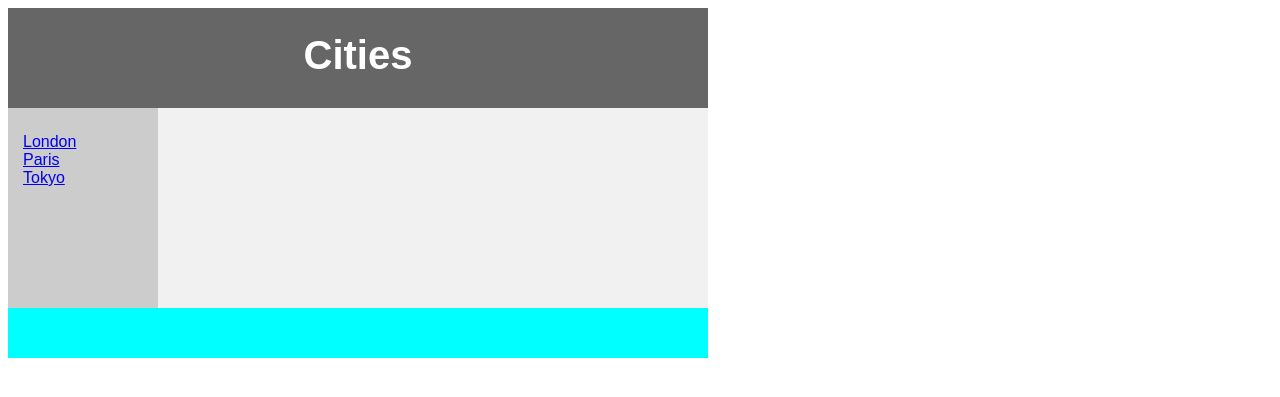
Repository: LongNguyen2504/T3H-FrondEnd
Page: Lesson3_CSS_HomeWork1.html
An editor plug-in stored every save of this project. The page is shown before and after the next save, followed by the edit.
The browser window is 1280 px wide. The pictures show the whole page.

Above is the page before, as saved 2021-12-01 18:00:46.

### Lesson3_CSS_HomeWork1.html
<!DOCTYPE html>
<html lang="en">
<head>
    <meta charset="UTF-8">
    <meta http-equiv="X-UA-Compatible" content="IE=edge">
    <meta name="viewport" content="width=device-width, initial-scale=1.0">
    <title>Document</title>
    <link rel="stylesheet" href="Lesson3_CSS_HomeWork1.css">
</head>
<body>
    <div class="ancestor-div" >
        <div class="city-div"  >
            <div class="div-text-city">Cities</div>
        </div>
        <div class="left-column">
            <div3 class="list">
                <li class="first-list"><a href="#1">London</a></li>
                <li class="first-list"><a href="#3">Paris</a></li>
                <li class="first-list"><a href="#2">Tokyo</a></li>
            </div3>
        </div>
        <div class="right-column">

        </div>
    </div>

</body>
</html>

### Lesson3_CSS_HomeWork1.css
div.ancestor-div{
    background-color: aqua;
    width: 700px; height: 350px;

    font-family: Arial, Helvetica, sans-serif;
}
div.city-div{
    background-color: #666666;

    /* height: 80px; */
    color: white;
    height: 100px;

}
div.div-text-city{
    text-align:  center;
    font-size: 40px;
    position: relative;
    top: 25px;
    font-weight: bold;
}
div.left-column{
    width: 150px;
    height: 200px;
    background-color: #cccccc;
    /* display: inline-block; */
}
li.first-list{
    position: relative;
    top: 25px;
    left: 15px;
    list-style-type: none;

}
div.right-column{
    /* display: inline-block; */
    /* margin-left: 25px ; */
    background-color: #f1f1f1 ;
    width: 550px;
    height: 200px;
    position: relative;
    left: 150px;
    bottom: 200px;
}

After the next save:
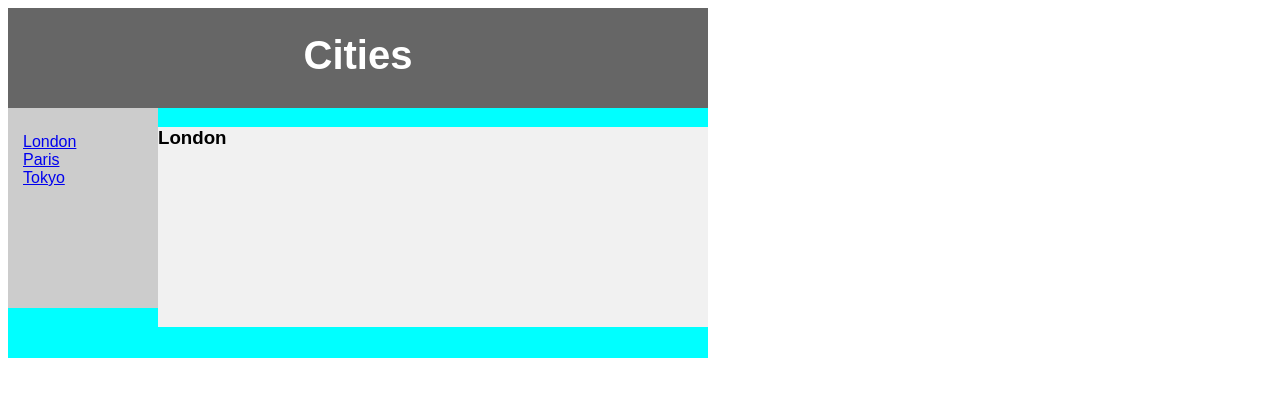
Saved 79 s later.
--- a/Lesson3_CSS_HomeWork1.html
+++ b/Lesson3_CSS_HomeWork1.html
@@ -20,7 +20,9 @@
             </div3>
         </div>
         <div class="right-column">
-
+            <div class="paragraph">
+                <h3 class="header-London">London</h3>
+            </div>
         </div>
     </div>
 
